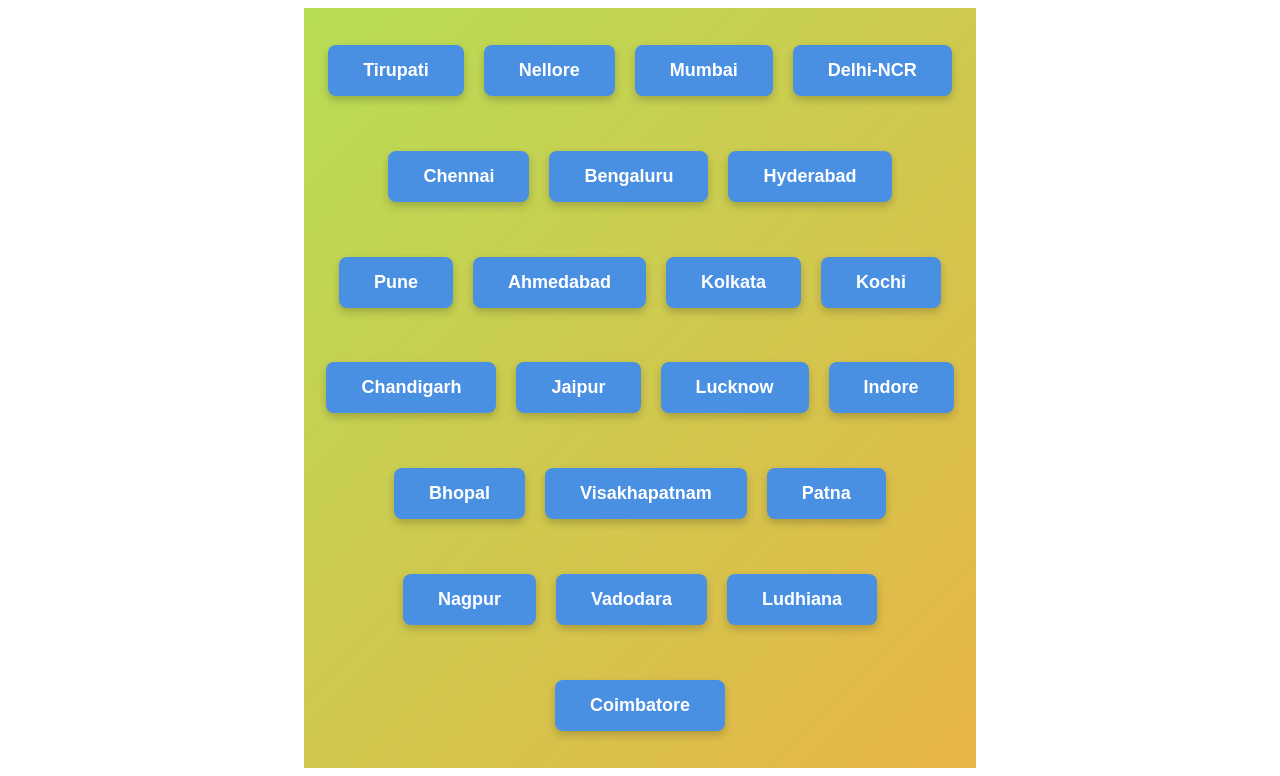
Repository: gnanaprasunag/MovieBookingApp
Page: /navigation (app in frontend/)
An editor plug-in stored every save of this project. The page is shown before and after the next save, followed by the edit.
The browser window is 1280 px wide. The pictures show the whole page.
The page's requests for data from a server got no answer. The project was rebuilt for these pictures with package versions that can differ from the ones it lists, and the page was loaded fresh each time. No one was signed in, and anything a server would have sent is missing. Also part of the build but not shown: frontend/src/components/PrivateRoute.js, frontend/src/components/AuthorizeRoute.js.

Above is the page before, as saved 2025-05-05 02:22:22.

After the next save:
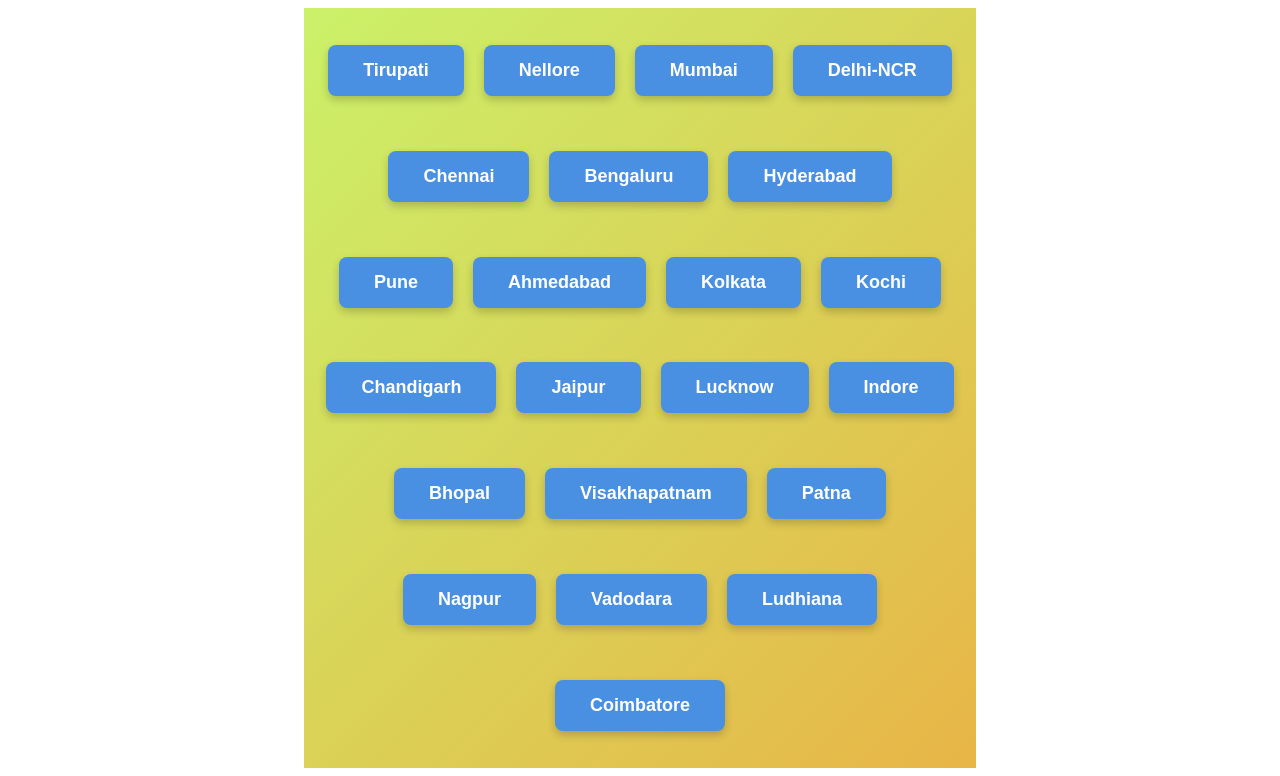
Saved 10 s later.
--- a/frontend/src/pages/navigation.css
+++ b/frontend/src/pages/navigation.css
@@ -5,7 +5,7 @@
     justify-content: center;
     align-items: center;
     min-height: 100vh;
-    background: linear-gradient(135deg, #b7dd56, #e8b547); /* Soft gradient */
+    background: linear-gradient(135deg, #cbf169, #e8b547); /* Soft gradient */
     gap: 20px;
     padding: 20px;
     max-width:50%;
